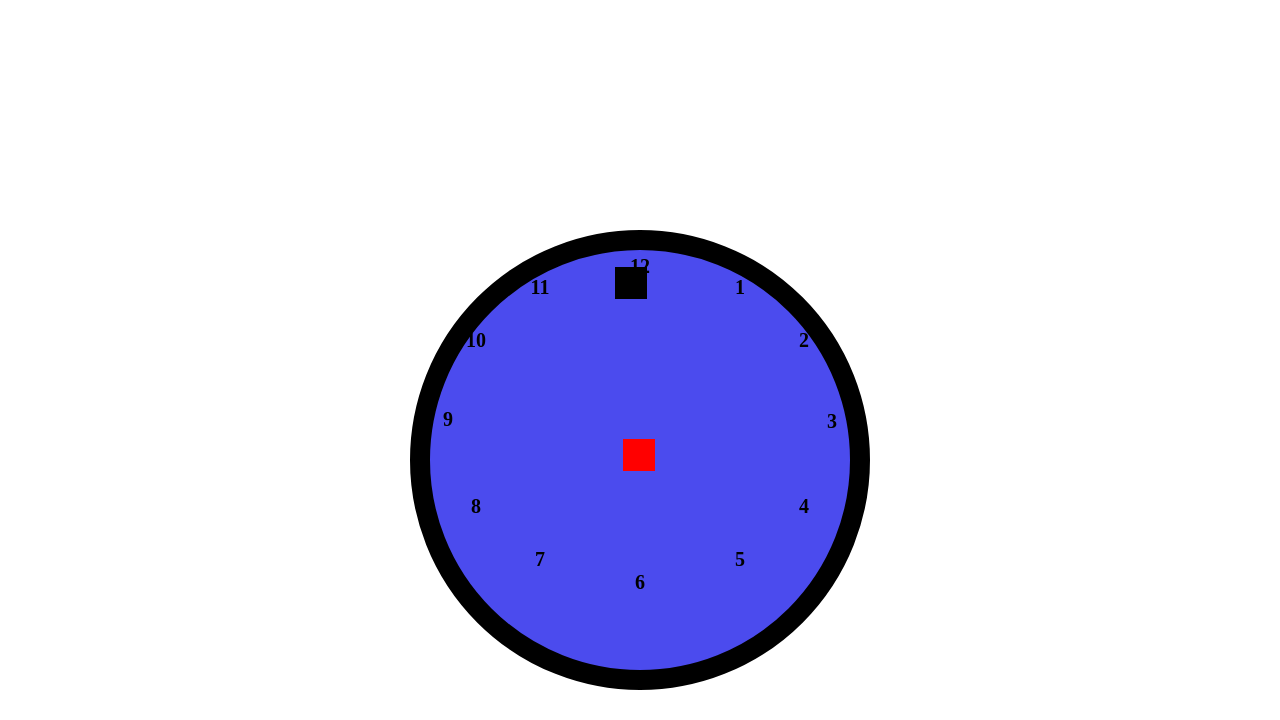
Repository: Eugene44-hub/Analog-clock
Page: index.html
The author's editor kept a copy of each file at every save. The page is drawn from the files as they stood at one save, then again after a run of saves.
The browser window is 1280 px wide. The pictures show the whole page.

Above is the page before, as saved 2021-09-04 15:40:24.

After the next 2 saves:
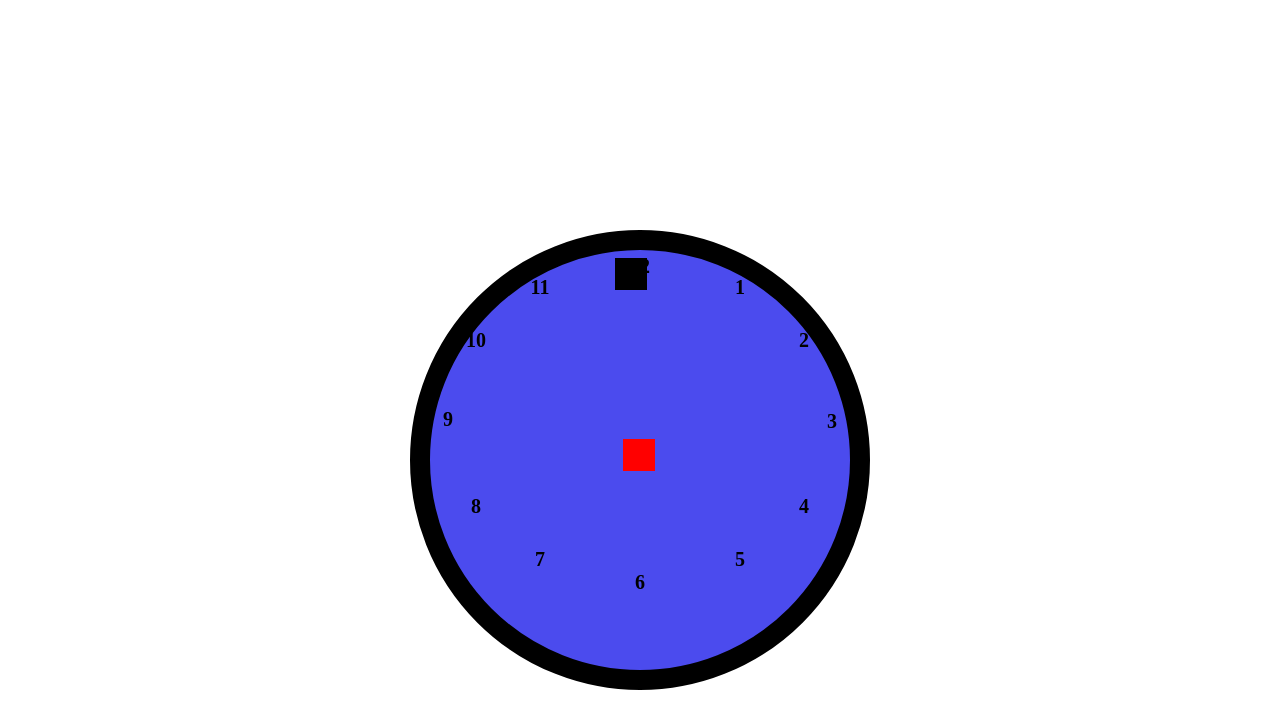
The 2 saves are shown as one change because they came seconds apart.
The last was saved 10 s later.
--- a/style.css
+++ b/style.css
@@ -32,7 +32,7 @@
 .minute {
     background-color: black;
     position: absolute;
-    top: 4%;
+    top: 2%;
     left: 44%;
     width: 32px;
     height: 32px;
